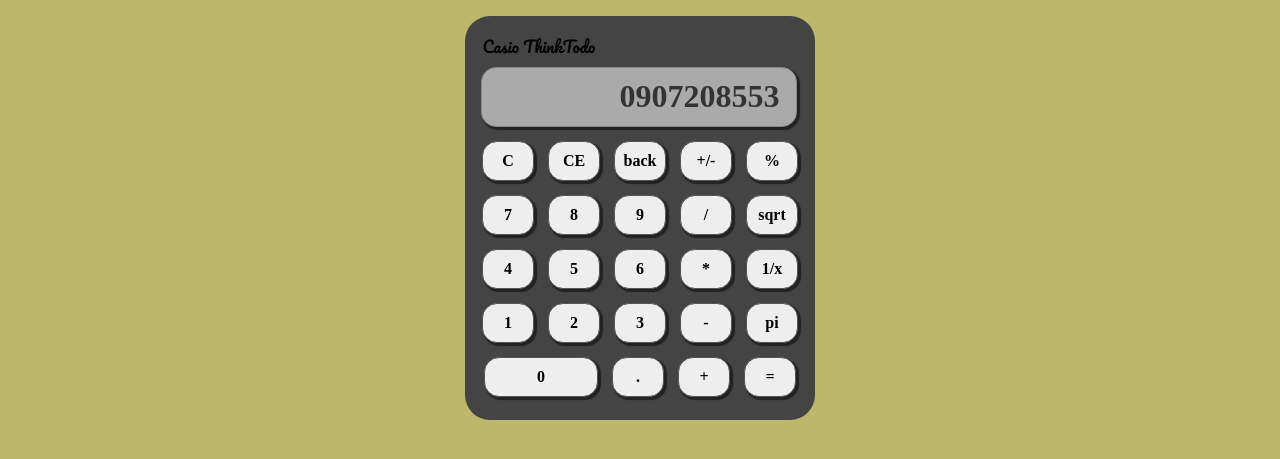
Repository: phunobi1807/quadraticEquation2
Page: index.html
The author's editor kept a copy of each file at every save. The page is drawn from the files as they stood at one save, then again after the next save.
The browser window is 1280 px wide. The pictures show the whole page.
Some web fonts or font styles are not loaded; a fallback is used.

Above is the page before, as saved 2022-07-25 10:29:25.

After the next save:
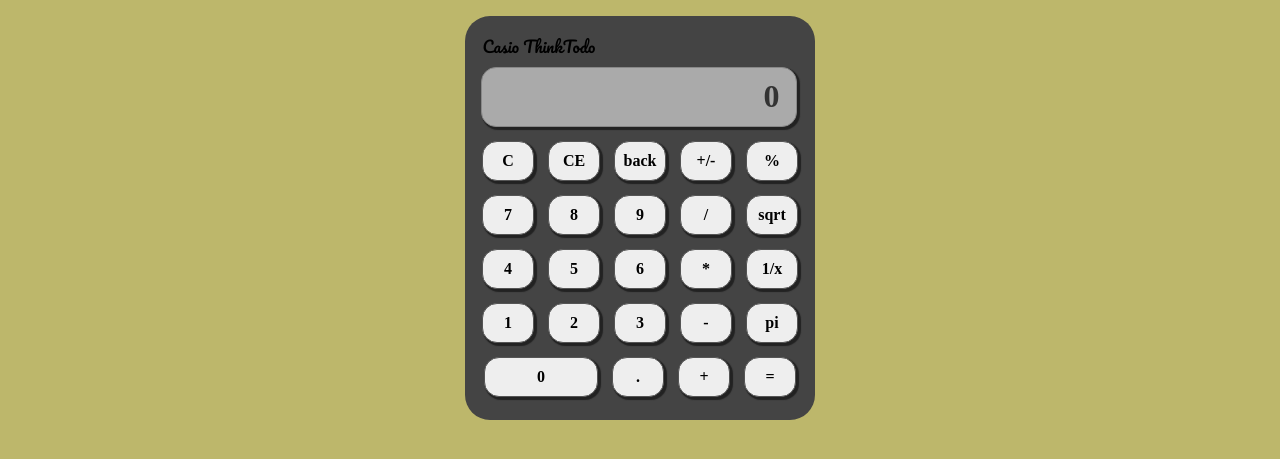
Saved 101 s later.
--- a/myjs.js
+++ b/myjs.js
@@ -1,7 +1,68 @@
-// $(document).on("change", ".number", function () {
-//   var sum = 0;
-//   $(".number").each(function () {
-//     sum += +$(this).val();
-//   });
-//   $(".total").val(sum);
-// });
+$(document).ready(function () {
+  var result = 0;
+  var prevEntry = 0;
+  var operation = null;
+  var currentEntry = "0";
+  updateScreen(result);
+
+  $(".button").on("click", function (evt) {
+    var buttonPressed = $(this).html();
+    console.log(buttonPressed);
+
+    if (buttonPressed === "C") {
+      result = 0;
+      currentEntry = "0";
+    } else if (buttonPressed === "CE") {
+      currentEntry = "0";
+    } else if (buttonPressed === "back") {
+      //currentEntry = currentEntry.substring(0, currentEntry.length-1);
+    } else if (buttonPressed === "+/-") {
+      currentEntry *= -1;
+    } else if (buttonPressed === ".") {
+      currentEntry += ".";
+    } else if (isNumber(buttonPressed)) {
+      if (currentEntry === "0") currentEntry = buttonPressed;
+      else currentEntry = currentEntry + buttonPressed;
+    } else if (isOperator(buttonPressed)) {
+      prevEntry = parseFloat(currentEntry);
+      operation = buttonPressed;
+      currentEntry = "";
+    } else if (buttonPressed === "%") {
+      currentEntry = currentEntry / 100;
+    } else if (buttonPressed === "sqrt") {
+      currentEntry = Math.sqrt(currentEntry);
+    } else if (buttonPressed === "1/x") {
+      currentEntry = 1 / currentEntry;
+    } else if (buttonPressed === "pi") {
+      currentEntry = Math.PI;
+    } else if (buttonPressed === "=") {
+      currentEntry = operate(prevEntry, currentEntry, operation);
+      operation = null;
+    }
+
+    updateScreen(currentEntry);
+  });
+});
+
+updateScreen = function (displayValue) {
+  var displayValue = displayValue.toString();
+  $(".screen").html(displayValue.substring(0, 10));
+};
+
+isNumber = function (value) {
+  return !isNaN(value);
+};
+
+isOperator = function (value) {
+  return value === "/" || value === "*" || value === "+" || value === "-";
+};
+
+operate = function (a, b, operation) {
+  a = parseFloat(a);
+  b = parseFloat(b);
+  console.log(a, b, operation);
+  if (operation === "+") return a + b;
+  if (operation === "-") return a - b;
+  if (operation === "*") return a * b;
+  if (operation === "/") return a / b;
+};
